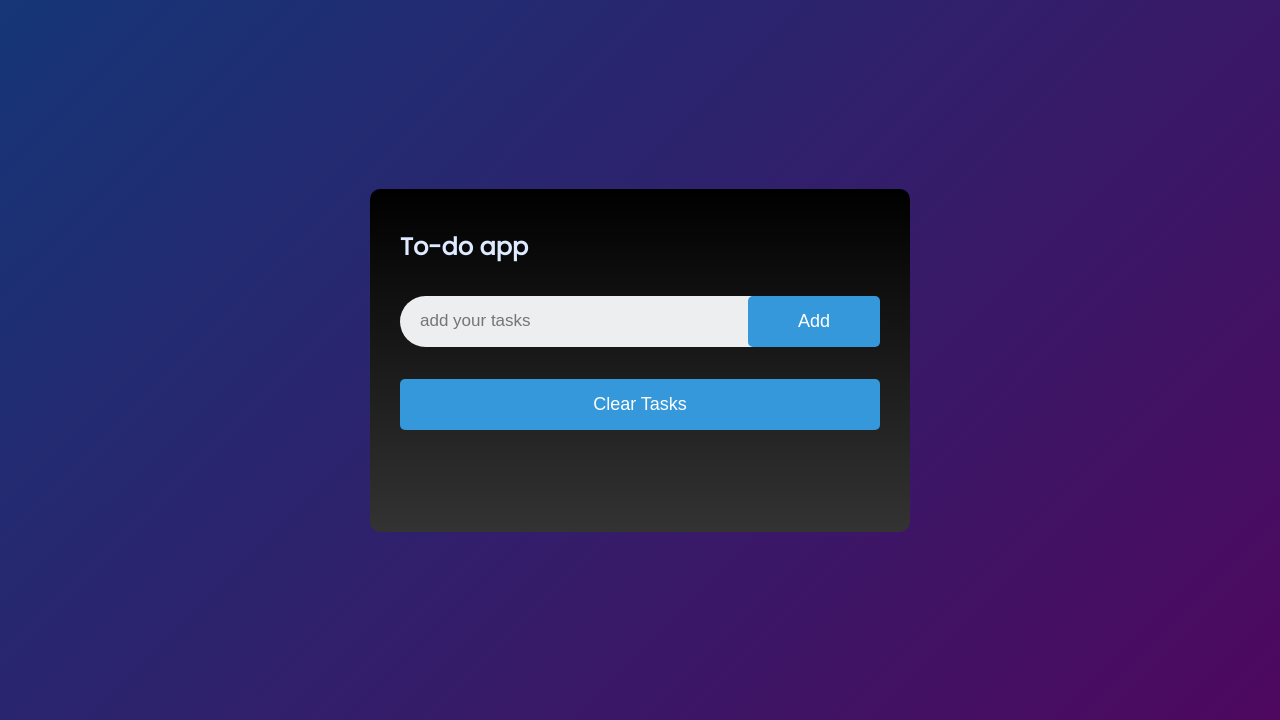
Repository: samoshi/To-do
Page: http://localhost/
The author's editor kept a copy of each file at every save. The page is drawn from the files as they stood at one save, then again after the next save.
The browser window is 1280 px wide. The pictures show the whole page.
The page is served by the project's application, run on Flask 3 (app/app.py). Queries for data that is not in the repository find no rows.

Above is the page before, as saved 2024-01-14 21:32:58.

After the next save:
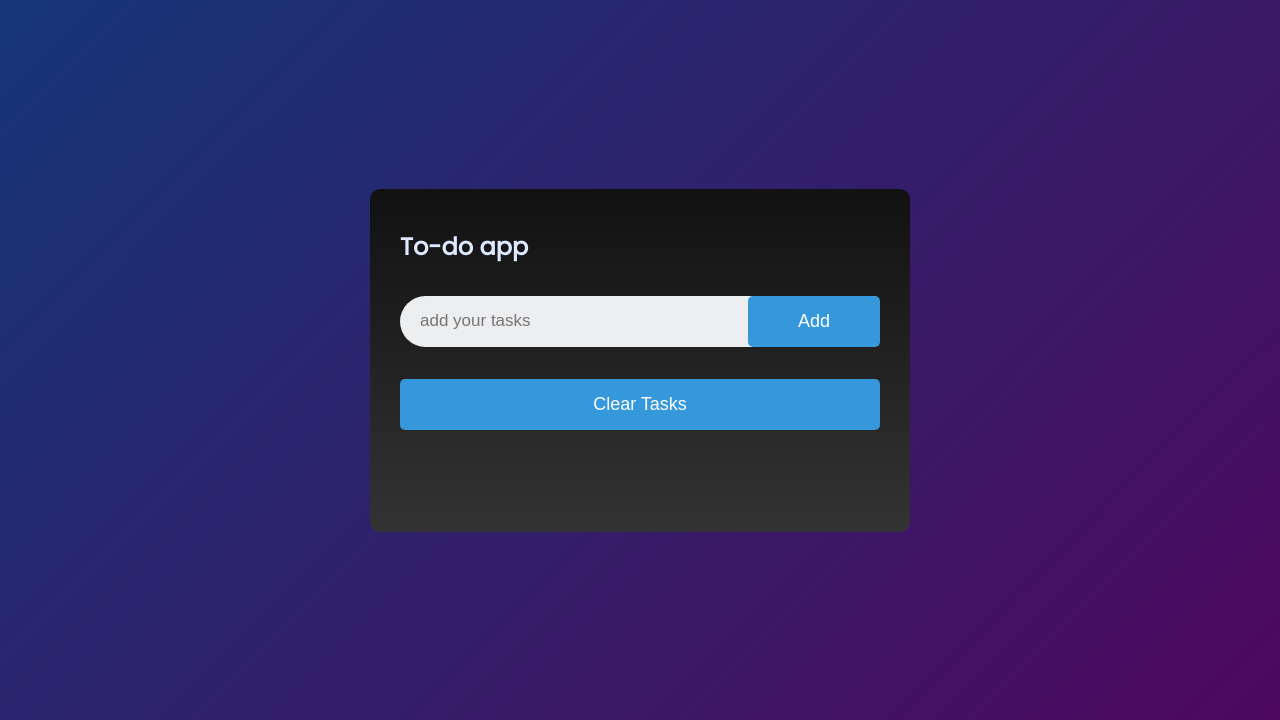
Saved 2 min 57 s later.
--- a/app/static/style.css
+++ b/app/static/style.css
@@ -21,7 +21,7 @@ body{
 .todo-app{
     width: 100%;
     max-width: 540px;
-    background: linear-gradient(to bottom, #000000, #333333);
+    background: linear-gradient(to bottom, #111111, #333333);
     padding: 40px 30px 70px;
     border-radius: 10px;
     display: flex;
